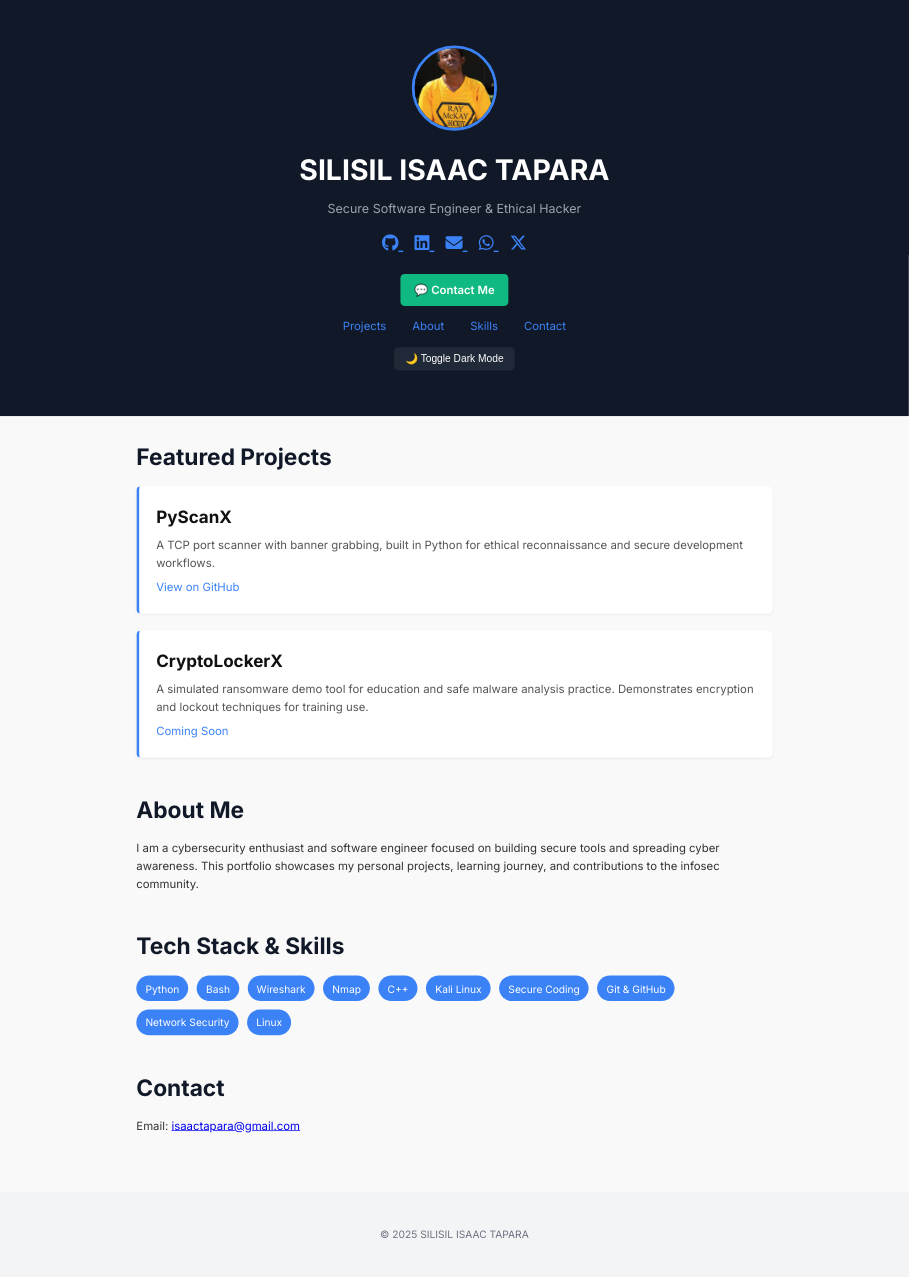
Repository: isaactapara/isaactapara.github.io
Page: index.html
An editor plug-in stored every save of this project. The page is shown before and after the next save, followed by the edit.
The browser window is 1280 px wide. The pictures show the whole page, at 71% of full size.
Some web libraries are served in a nearby version.

Above is the page before, as saved 2025-07-17 10:50:44.

After the next save:
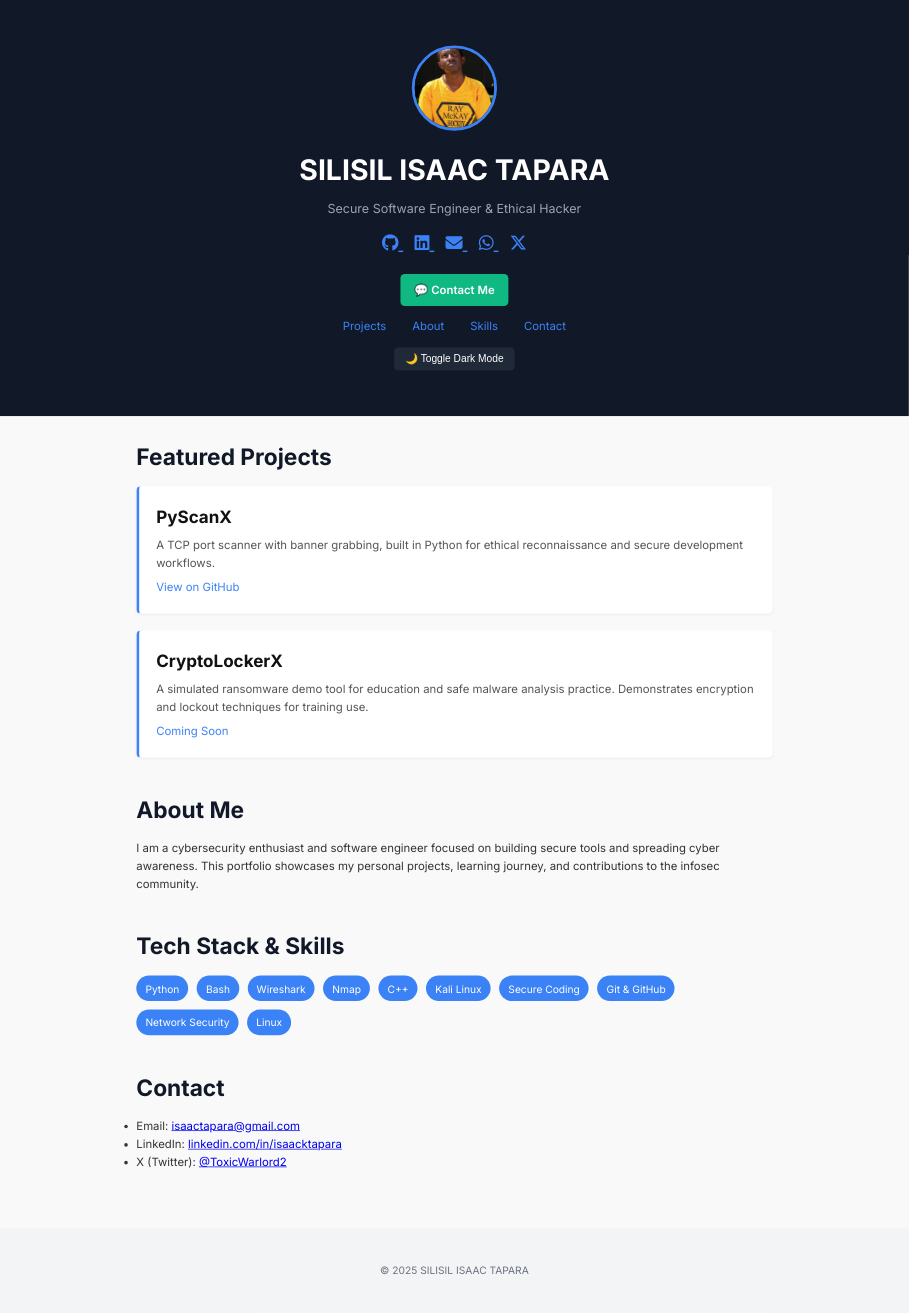
Saved 3 min 45 s later.
--- a/index.html
+++ b/index.html
@@ -88,7 +88,11 @@
 
     <section id="contact">
       <h2>Contact</h2>
-      <p>Email: <a href="mailto:isaactapara@gmail.com">isaactapara@gmail.com</a></p>
+      <ul class="contact-links">
+        <li>Email: <a href="mailto:isaactapara@gmail.com">isaactapara@gmail.com</a></li>
+        <li>LinkedIn: <a href="https://www.linkedin.com/in/isaacktapara/" target="_blank">linkedin.com/in/isaacktapara</a></li>
+        <li>X (Twitter): <a href="https://x.com/ToxicWarlord2" target="_blank">@ToxicWarlord2</a></li>
+      </ul>
     </section>
   </main>
 
